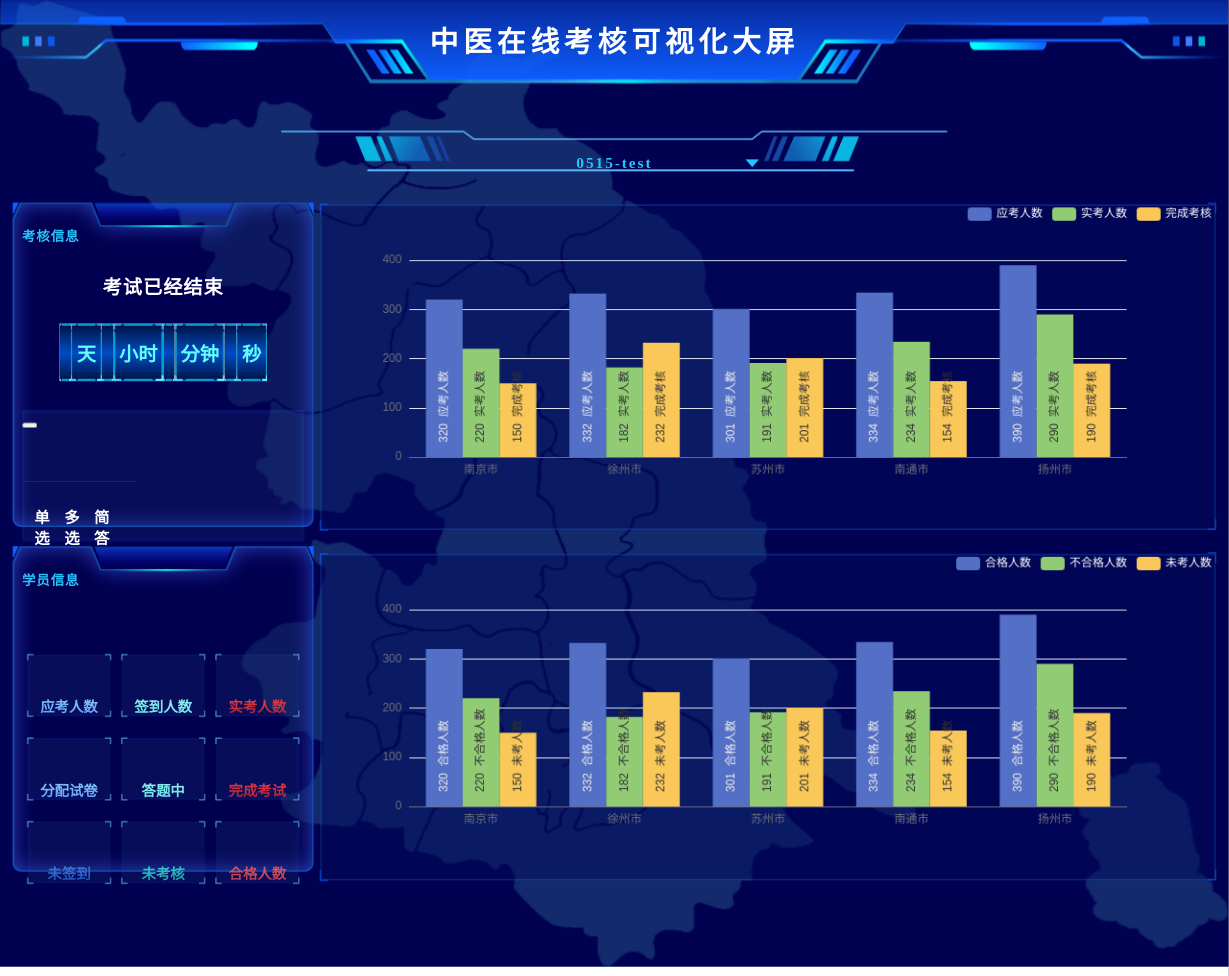
Repository: krislorem/medicine-online-datascreen-vue
Page: /
An editor plug-in stored every save of this project. The page is shown before and after a run of saves, followed by the edit.
The browser window is 1280 px wide. The pictures show the whole page, at 96% of full size.
The project was rebuilt for these pictures with package versions that can differ from the ones it lists, and the page was loaded fresh each time. Also part of the build but not shown: vite.config.ts.

Above is the page before, as saved 2024-12-04 20:52:34.

### src/main.ts
import './assets/main.css'

import { createApp } from 'vue'
import { createPinia } from 'pinia'
import ElementPlus from 'element-plus'
import 'element-plus/dist/index.css'
import App from './App.vue'
import router from './router'

const app = createApp(App)

app.use(createPinia())
app.use(router)
app.use(ElementPlus)
app.mount('#app')

### src/assets/main.css
body, html {
  overflow: hidden;
  margin: 0 auto;
  padding: 0;
}

### src/App.vue
<template>
  <div>
    <RouterView></RouterView>
  </div>
</template>

<script setup lang="ts">

</script>

<style scoped>
</style>

### src/views/HomeView.vue
<template>
  <div class="home">
    <nav>
      <h1>中医在线考核可视化大屏</h1>
    </nav>
    <div id="mid-bar">
      <select id="info">
        <option>0515-test</option>
      </select>
    </div>
    <div id="all-info">
      <div id="left">
        <div class="item item-1">
          <p class="top-name"><span>考核信息</span></p>
          <p class="time-title"><span>考试已经结束</span></p>
          <div class="time-container">
            <div class="time-box" style=";"><span class="time-num">{{ }}</span></div>
            <div class="time-box" style=";"><span class="time-num">天</span></div>
            <div class="time-box" style=";"><span class="time-num">{{ }}</span></div>
            <div class="time-box" style=";"><span class="time-num">小时</span></div>
            <div class="time-box" style=";"><span class="time-num">{{ }}</span></div>
            <div class="time-box" style=";"><span class="time-num">分钟</span></div>
            <div class="time-box" style=";"><span class="time-num">{{ }}</span></div>
            <div class="time-box" style=";"><span class="time-num">秒</span></div>
          </div>
          <div class="result">
            <div class="ivu-carousel" style="height: 100%;">
              <button type="button" class="left ivu-carousel-arrow ivu-carousel-arrow-hover">
                <i class="ivu-icon ivu-icon-ios-arrow-back"></i>
              </button>
              <div class="ivu-carousel-list">
                <div class="ivu-carousel-track higher"
                  style="width: 119px; transform: translate3d(0px, 0px, 0px); transition: transform 500ms; visibility: visible;">
                  <div class="ivu-carousel-item" style="width: 119px; height: auto; left: 0px;">
                    <div class="res-topbar">
                      <span>{{ }}</span>
                      <span>{{ }}</span>
                    </div>
                    <div class="res-box">
                      <div class="res-item">
                        <span>单选</span>
                        <p>{{ }}</p>
                      </div>
                      <div class="res-item">
                        <span>多选</span>
                        <p>{{ }}</p>
                      </div>
                      <div class="res-item">
                        <span>简答</span>
                        <p>{{ }}</p>
                      </div>
                    </div>
                  </div>
                </div>
              </div>
            </div>

          </div>
        </div>
        <div class="item item-2">
          <p class="top-name i2-top"><span>学员信息</span></p>
          <div class="i2">
            <div class="box">
              <p class="num bg-lg-blue">{{ }}</p>
              <p class="title bg-lg-blue">应考人数</p>
            </div>
            <div class="box">
              <p class="num bg-lg-cyan">{{ }}</p>
              <p class="title bg-lg-cyan">签到人数</p>
            </div>
            <div class="box">
              <p class="num bg-lg-red">{{ }}</p>
              <p class="title bg-lg-red">实考人数</p>
            </div>
            <div class="box">
              <p class="num bg-lg-blue">{{ }}</p>
              <p class="title bg-lg-blue">分配试卷</p>
            </div>
            <div class="box">
              <p class="num bg-lg-cyan">{{ }}</p>
              <p class="title bg-lg-cyan">答题中</p>
            </div>
            <div class="box">
              <p class="num bg-lg-red">{{ }}</p>
              <p class="title bg-lg-red">完成考试</p>
            </div>
            <div class="box">
              <p class="num bg-lg-blue2">{{ }}</p>
              <p class="title bg-lg-blue2">未签到</p>
            </div>
            <div class="box">
              <p class="num bg-lg-cyan2">{{ }}</p>
              <p class="title bg-lg-cyan2">未考核</p>
            </div>
            <div class="box">
              <p class="num bg-lg-red2">{{ }}</p>
              <p class="title bg-lg-red2">合格人数</p>
            </div>
          </div>
        </div>
      </div>
      <div id="right">
        <div class="item mb-22">
          <div style="width: 100%;height: 335px;">
            <div id="msg1"
              style="width: 100%; height: 335px; -webkit-tap-highlight-color: transparent; user-select: none; position: relative;">
            </div>
          </div>
        </div>
        <div class="item">
          <div style="width: 100%; height: 335px;">
            <div id="msg2"
              style="width: 100%; height: 335px; -webkit-tap-highlight-color: transparent; user-select: none; position: relative;">
            </div>
          </div>
        </div>
      </div>
    </div>
  </div>
</template>

<style scoped>
body {
  font-family: Helvetica Neue, Helvetica, PingFang SC, Hiragino Sans GB, Microsoft YaHei, "\5FAE\8F6F\96C5\9ED1", Arial, sans-serif;
  font-size: 12px;
  line-height: 1.5;
  color: #515a6e;
  background-color: #fff;
  -webkit-font-smoothing: antialiased;
  -moz-osx-font-smoothing: grayscale;
}

.home {
  background: #010152 url(/ditu.png) 50% no-repeat;
  background-size: 100% 100%;
}

.home nav {
  background-image: url(/dingbu.png);
  background-size: 100% 100%;
  background-repeat: no-repeat;
  overflow: hidden;
  display: -webkit-box;
  display: -ms-flexbox;
  display: flex;
  -webkit-box-align: center;
  -ms-flex-align: center;
  align-items: center;
}

.home nav h1 {
  font-size: 30px;
  font-family: PingFangSC-Semibold, PingFang SC;
  font-weight: 600;
  color: #fff;
  line-height: 58px;
  letter-spacing: 5px;
  margin: 15px auto;
}

.home #mid-bar {
  width: 694px;
  height: 43px;
  background: url(/nav.png) no-repeat;
  margin: 48px auto 0;
  padding-top: 12px;
  display: -webkit-box;
  display: -ms-flexbox;
  display: flex;
  -webkit-box-pack: center;
  -ms-flex-pack: center;
  justify-content: center;
  -webkit-box-align: center;
  -ms-flex-align: center;
  align-items: center;
}

.home #mid-bar #info {
  appearance: none;
  -moz-appearance: none;
  -webkit-appearance: none;
  background: transparent url('/jiantou.png') no-repeat scroll 100%;
  width: 302px;
  height: 22px;
  font-size: 16px;
  text-align: center;
  font-family: PingFangSC-Semibold, PingFang SC;
  font-weight: 600;
  color: #26c5fb;
  line-height: 22px;
  letter-spacing: 2px;
  border: none;
}

#all-info {
  width: 100%;
  height: 796px;
  margin: 20px auto 10px;
  display: -webkit-box;
  display: -ms-flexbox;
  display: flex;
  -ms-flex-pack: distribute;
  justify-content: space-around;
}

#all-info #left {
  width: 23%;
  height: 100%;
}


#all-info #left .item {
  height: 40%;
  width: 100%;
  padding: 10px;
  background-image: url(/kuang2.png);
  background-size: 100% 100%;
}

#all-info #left .item .top-name>span {
  width: 64px;
  height: 20px;
  font-size: 14px;
  font-family: PingFangSC-Semibold, PingFang SC;
  font-weight: 600;
  color: #26c5fb;
  line-height: 20px;
  letter-spacing: 1px;
}

#all-info #left .item-1 {
  margin-bottom: 20px;
}

#all-info #left .item-1 .time-title {
  text-align: center;
  font-size: 20px;
  font-family: PingFangSC-Semibold, PingFang SC;
  font-weight: 600;
  color: #fff;
  line-height: 20px;
  letter-spacing: 1px;
  margin: 32px auto 28px;
}

#all-info #left .item-1 .time-container {
  height: 60px
}

#all-info #left .item-1 .time-container,
#all-info #left .item-1 .time-container .time-box {
  display: -webkit-box;
  display: -ms-flexbox;
  display: flex;
  -webkit-box-pack: center;
  -ms-flex-pack: center;
  justify-content: center;
}

#all-info #left .item-1 .time-container .time-box {
  background-image: url('/kuang3.png');
  background-repeat: no-repeat;
  background-size: 100% 100%;
  -webkit-box-align: center;
  -ms-flex-align: center;
  align-items: center;
  background-color: #d7606b;
}

#all-info #left .item-1 .time-container .time-box .time-num {
  font-size: 20px;
  padding: 6px;
  font-family: PingFangSC-Semibold, PingFang SC;
  font-weight: 600;
  color: #60fffd
}

#all-info #left .item-1 .time-container .time-box .dupunkto {
  font-size: 28px;
  font-family: PingFangSC-Semibold, PingFang SC;
  font-weight: 600;
  color: #60fffd
}

#all-info #left .item-1 .result {
  width: 100%;
  height: 43%;
  background-image: url('/kuang4.png');
  background-size: 100% 100%;
  margin: 30px auto 0;
  font-size: 16px;
  font-family: PingFangSC-Semibold, PingFang SC;
  font-weight: 600;
  color: #fff;
  line-height: 22px;
}

#all-info #left .item-1 .result .res-sub-title {
  width: 100%;
  height: 100%;
  display: -webkit-box;
  display: -ms-flexbox;
  display: flex;
  -webkit-box-align: center;
  -ms-flex-align: center;
  align-items: center;
  -webkit-box-pack: center;
  -ms-flex-pack: center;
  justify-content: center;
  font-size: 20px;
  font-family: PingFangSC-Semibold, PingFang SC;
  font-weight: 600
}

#all-info #left .item-1 .result .res-topbar {
  height: 47px;
  border-bottom: 1px solid #1e266e;
  -webkit-box-align: end;
  -ms-flex-align: end;
  align-items: flex-end;
  padding: 0 19px 5px 14px
}

#all-info #left .item-1 .result .res-box,
#all-info #left .item-1 .result .res-topbar {
  display: -webkit-box;
  display: -ms-flexbox;
  display: flex;
  -webkit-box-pack: justify;
  -ms-flex-pack: justify;
  justify-content: space-between
}

#all-info #left .item-1 .result .res-box {
  height: 57px;
  margin: 27px 13px 0
}

#all-info #left .item-1 .result .res-box .res-item {
  display: -webkit-box;
  display: -ms-flexbox;
  display: flex;
  -webkit-box-orient: vertical;
  -webkit-box-direction: normal;
  -ms-flex-direction: column;
  flex-direction: column;
  -ms-flex-pack: distribute;
  justify-content: space-around;
  -webkit-box-align: center;
  -ms-flex-align: center;
  align-items: center
}

#all-info #left .item-1 .result .res-box p {
  margin-top: 13px
}

#all-info #left .item-2 {
  display: -webkit-box;
  display: -ms-flexbox;
  display: flex;
  -webkit-box-orient: vertical;
  -webkit-box-direction: normal;
  -ms-flex-direction: column;
  flex-direction: column
}


#all-info #left .item-2 .i2-top {
  padding-bottom: 30px;
}

#all-info #left .item-2 .i2 {
  width: 100%;
  margin: 20px auto;
  display: -webkit-box;
  display: -ms-flexbox;
  display: flex;
  -ms-flex-wrap: wrap;
  flex-wrap: wrap;
  -ms-flex-pack: distribute;
  justify-content: space-around;
}

#all-info #left .item-2 .i2 .box {
  width: 30%;
  height: 67px;
  margin-bottom: 20px;
  padding: 20px auto;
  background-image: url('/kuang5.png');
  background-size: 100%;
  background-repeat: no-repeat;
}

#all-info #left .item-2 .i2 .box>.num {
  width: 77px;
  height: 45px;
  font-size: 27px;
  line-height: 45px
}

#all-info #left .item-2 .i2 .box>.num,
#all-info #left .item-2 .i2 .box>.title {
  font-family: PingFangSC-Semibold, PingFang SC;
  font-weight: 600;
  color: #fff;
  text-align: center;
  background-clip: text;
  -webkit-background-clip: text;
  -webkit-text-fill-color: transparent;
  margin: 0 auto;
}

#all-info #left .item-2 .i2 .box>.title {
  width: 64px;
  height: 22px;
  font-size: 15px;
  line-height: 22px
}

#all-info #right {
  width: 73%;
  height: 100%;
}

#all-info #right .item {
  width: 100%;
  height: 43%;
  background-image: url(/kuang1.png);
  background-size: 100% 100%
}

#all-info #right .mb-22 {
  margin-bottom: 22px
}

.bg-lg-blue {
  background: -webkit-gradient(linear, left top, left bottom, from(#8ac4ff), to(#5999f4));
  background: linear-gradient(180deg, #8ac4ff, #5999f4)
}

.bg-lg-cyan {
  background: -webkit-gradient(linear, left top, left bottom, from(#92eef2), to(#62e4eb));
  background: linear-gradient(180deg, #92eef2, #62e4eb)
}

.bg-lg-red {
  background: -webkit-gradient(linear, left top, left bottom, from(#ee3f47), to(#9a1b35));
  background: linear-gradient(180deg, #ee3f47, #9a1b35)
}

.bg-lg-blue2 {
  background: -webkit-gradient(linear, left top, left bottom, from(#4d7ed5), to(#0a47b3));
  background: linear-gradient(180deg, #4d7ed5, #0a47b3)
}

.bg-lg-cyan2 {
  background: -webkit-gradient(linear, left top, left bottom, from(#3bd3d6), to(#158c98));
  background: linear-gradient(180deg, #3bd3d6, #158c98)
}

.bg-lg-red2 {
  background: -webkit-gradient(linear, left top, left bottom, from(#d7606b), to(#a72f4d));
  background: linear-gradient(180deg, #d7606b, #a72f4d)
}
</style>
<script setup lang="ts">
import * as echarts from 'echarts';
import { onMounted } from 'vue'
const labelOption = {
  show: true,
  position: 'insideBottom',
  distance: 15,
  align: 'left',
  verticalAlign: 'middle',
  rotate: 90,
  formatter: '{c}  {name|{a}}',
  fontSize: 12,
  rich: {
    name: {}
  }
};
const option1 = {
  tooltip: {
    trigger: 'axis',
    axisPointer: {
      type: 'shadow'
    }
  },
  legend: {
    left: 'right',
    textStyle: {
      color: '#fff',
    },
    data: ['应考人数', '实考人数', '完成考核']
  },
  xAxis: [
    {
      type: 'category',
      axisTick: { show: false },
      data: ['南京市', '徐州市', '苏州市', '南通市', '扬州市']
    }
  ],
  yAxis: [
    {
      type: 'value'
    }
  ],
  series: [
    {
      name: '应考人数',
      type: 'bar',
      barGap: 0,
      label: labelOption,
      emphasis: {
        focus: 'series'
      },
      data: [320, 332, 301, 334, 390]
    },
    {
      name: '实考人数',
      type: 'bar',
      label: labelOption,
      emphasis: {
        focus: 'series'
      },
      data: [220, 182, 191, 234, 290]
    },
    {
      name: '完成考核',
      type: 'bar',
      label: labelOption,
      emphasis: {
        focus: 'series'
      },
      data: [150, 232, 201, 154, 190]
    }
  ]
};
const option2 = {
  tooltip: {
    trigger: 'axis',
    axisPointer: {
      type: 'shadow'
    }
  },
  legend: {
    left: 'right',
    textStyle: {
      color: '#fff',
    },
    data: ['合格人数', '不合格人数', '未考人数']
  },
  xAxis: [
    {
      type: 'category',
      axisTick: { show: false },
      data: ['南京市', '徐州市', '苏州市', '南通市', '扬州市']
    }
  ],
  yAxis: [
    {
      type: 'value'
    }
  ],
  series: [
    {
      name: '合格人数',
      type: 'bar',
      barGap: 0,
      label: labelOption,
      emphasis: {
        focus: 'series'
      },
      data: [320, 332, 301, 334, 390]
    },
    {
      name: '不合格人数',
      type: 'bar',
      label: labelOption,
      emphasis: {
        focus: 'series'
      },
      data: [220, 182, 191, 234, 290]
    },
    {
      name: '未考人数',
      type: 'bar',
      label: labelOption,
      emphasis: {
        focus: 'series'
      },
      data: [150, 232, 201, 154, 190]
    }
  ]
};
onMounted(() => {
  let chartDom1 = document.getElementById('msg1');
  let chartDom2 = document.getElementById('msg2');
  let myChart1 = echarts.init(chartDom1);
  let myChart2 = echarts.init(chartDom2);
  option1 && myChart1.setOption(option1);
  option2 && myChart2.setOption(option2);
})


</script>

Loaded but not shown: index.html (common file); src/router/index.ts (common file)

After the next 3 saves:
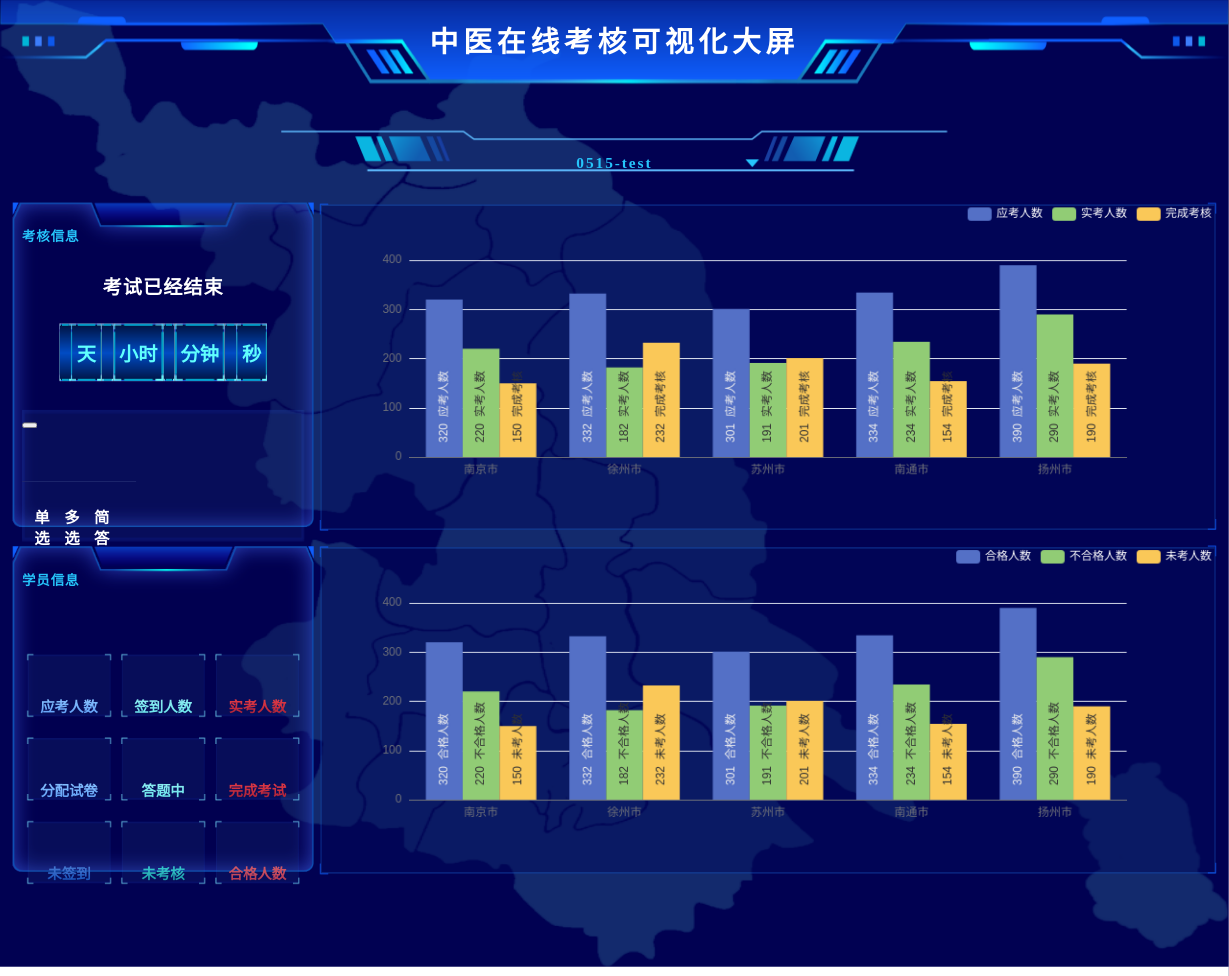
The 3 saves are shown as one change because they came seconds apart.
The last was saved 14 s later.
--- a/src/views/HomeView.vue
+++ b/src/views/HomeView.vue
@@ -431,7 +431,7 @@ body {
 }
 
 #all-info #right .mb-22 {
-  margin-bottom: 22px
+  margin-bottom: 15px
 }
 
 .bg-lg-blue {
